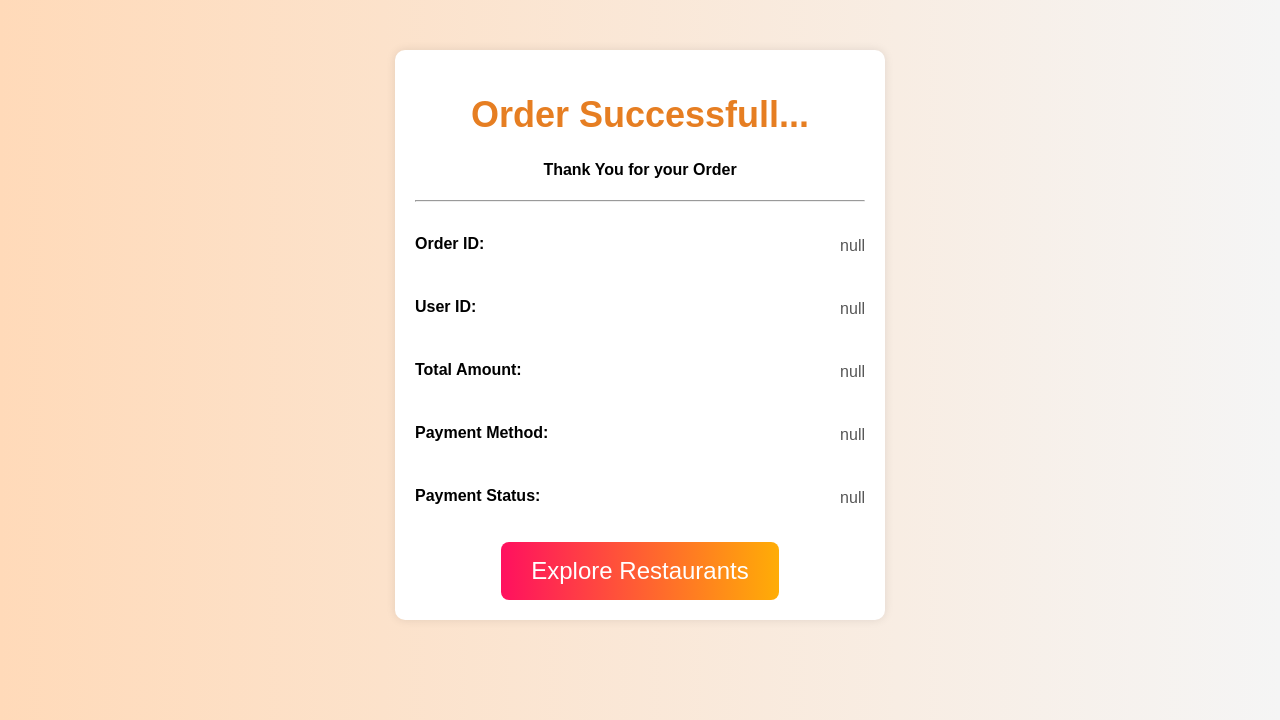
Repository: SWATHIBHUMA/FoodDelivaryApp
Page: http://localhost/FoodDelivaryApp/orderConfirmation.jsp
These files come from the project's save history. The page is drawn as it stood at one moment and after the next save; the edit follows.
The browser window is 1280 px wide. The pictures show the whole page.
The page is served by Tomcat 9.

Above is the page before, as saved 2024-01-16 07:51:25.

After the next save:
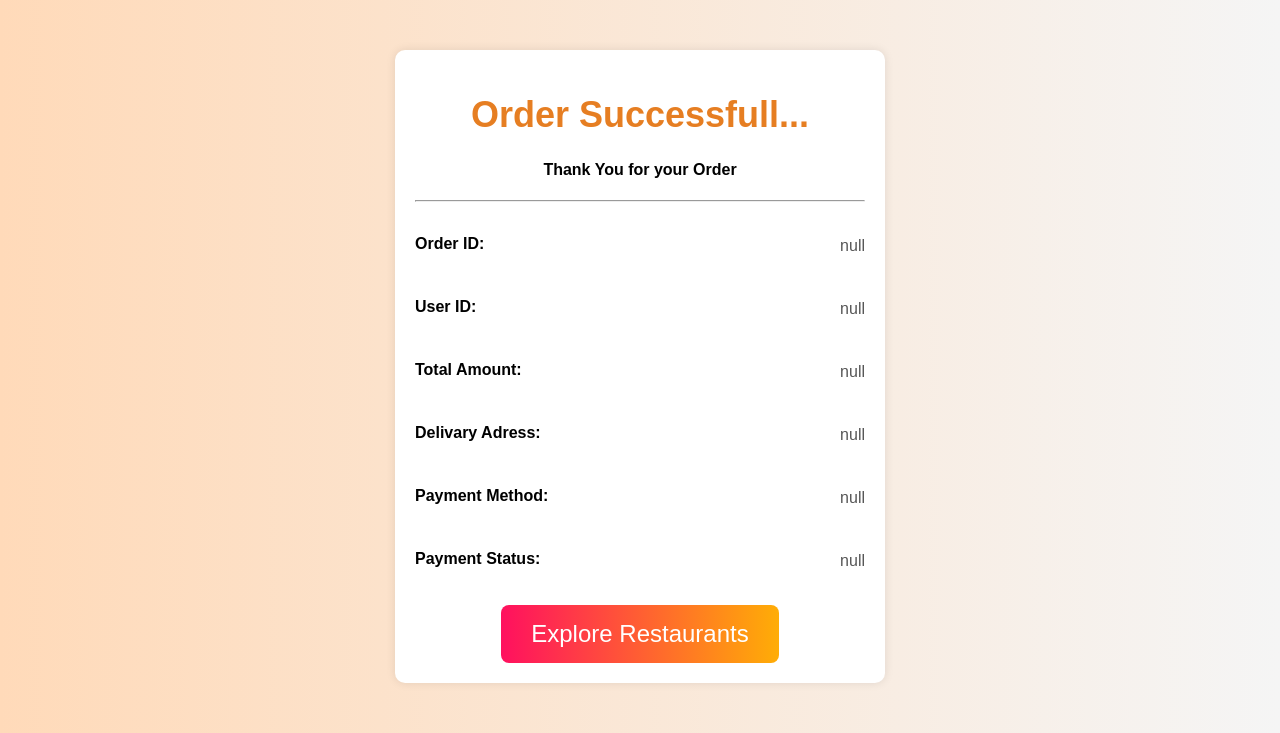
Saved 31 s later.
--- a/FoodDelivaryApp/src/main/webapp/orderConfirmation.jsp
+++ b/FoodDelivaryApp/src/main/webapp/orderConfirmation.jsp
@@ -155,6 +155,11 @@
         </div>
 
         <div class="form-group">
+            <label class="form-label">Delivary Adress:</label>
+            <p><%= address %></p>
+        </div>
+
+        <div class="form-group">
             <label class="form-label">Payment Method:</label>
             <p><%= paymentMethod %></p>
         </div>
